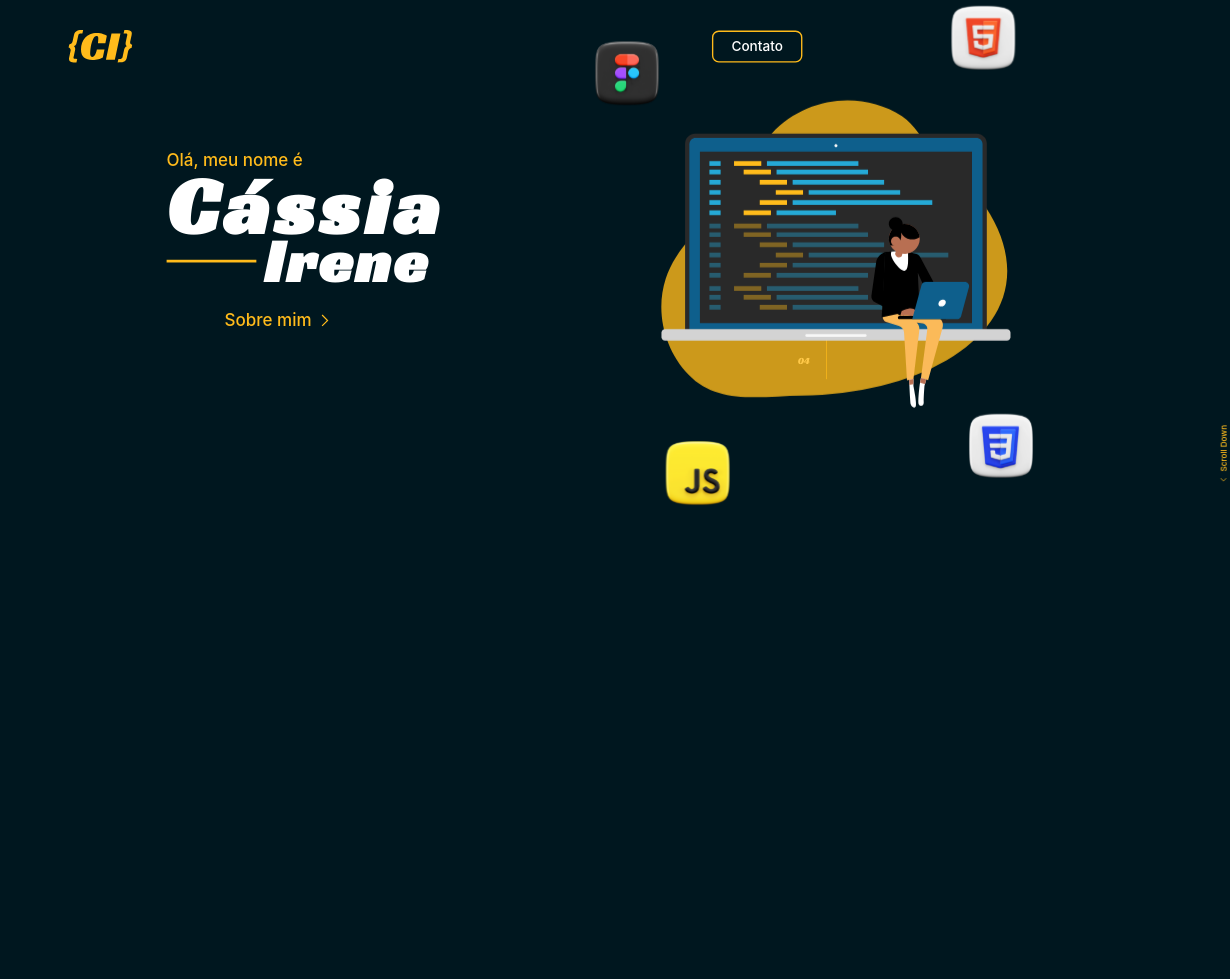
Repository: Cassia-Irene/My-Portfolio
Page: /
These files come from the project's save history. The page is drawn as it stood at one moment and after the next save; the edit follows.
The browser window is 1280 px wide. The page is 1809 px wide, so the pictures cover 1809 px, including what lies to the right of the window. The pictures show the whole page, at 68% of full size.
The project was rebuilt for these pictures with package versions that can differ from the ones it lists, and the page was loaded fresh each time. Also part of the build but not shown: vite.config.ts.

Above is the page before, as saved 2025-08-03 22:11:51.

### index.html
<!doctype html>
<html lang="en">
  <head>
    <meta charset="UTF-8" />
    <link rel="icon" type="image/svg+xml" href="./src/assets/logo.svg" />
    <meta name="viewport" content="width=device-width, initial-scale=1.0" />
    <link rel="preconnect" href="https://fonts.googleapis.com">
    <link rel="preconnect" href="https://fonts.gstatic.com" crossorigin>
    <link href="https://fonts.googleapis.com/css2?family=Racing+Sans+One&display=swap" rel="stylesheet">
    <title>Cássia Nascimento</title>
  </head>
  <body>
    <div id="root"></div>
    <script type="module" src="/src/main.tsx"></script>
  </body>
</html>

### src/index.css
* {
  padding: 0;
  margin: 0;
}

body {
  margin: 0;
  display: flex;
  place-items: center;
  min-width: 320px;
  min-height: 100vh;
}

body {
  background-color: #00171F;
}

### src/App.tsx
import React from "react";
import GlobalStyle from './GlobalStyle';
import Header from './Header';
import Hero from './Hero';
import SidebarNavigation from "./SidebarNavigation";
import SobreMim from './SobreMim';

const App: React.FC = () => {

  return (
    <>
    <SidebarNavigation />
      <GlobalStyle />
      <Header />
      <Hero />
      <SobreMim />
    </>
  );
};

export default App;

### src/GlobalStyle.ts
import { createGlobalStyle } from 'styled-components';

const GlobalStyle = createGlobalStyle`
  * {
    box-sizing: border-box;
  }

  body {
    margin: 0;
    padding: 0;
    overflow-x: hidden;
  }
  ::-webkit-scrollbar {
    width: 8px;
  }

`;

export default GlobalStyle;

### src/Header.tsx
import styled from "styled-components";

const HeaderContainer = styled.header`
    width: 100%;
    position: fixed;
    top: 30px;
    display: flex;
    justify-content: space-between;
    align-items: center;
    padding: 0 100px;
}
`;

const Logo = styled.img`
    width: 95px;
    height: 76px;

`;

const ContatoButton = styled.button`
    width: 133px;
    height: 47px;
    border: solid 2px #FFBB1B;
    border-radius: 10px;
    background-color: transparent;
    color: #FFFFFF;
    font-family: 'Inter', sans-serif;
    font-weight: 500;
    font-size: 20px;
    cursor: pointer;
    transition: all 0.3s ease-out;

    &:hover {
        background-color: #FFBB1B;
        font-weight: 500;
    }

`;

const Header = () => {
  return (
    <HeaderContainer>
        <Logo src="/src/assets/logo.svg" alt="Logo" />
      <ContatoButton>Contato</ContatoButton>
    </HeaderContainer>
  );
};

export default Header;

### src/Hero.tsx
import styled from "styled-components";

import centralImg from "./assets/svg_central.svg";
import img1 from "./assets/svg_figma.svg";
import img2 from "./assets/svg_html.svg";
import img3 from "./assets/svg_js.svg";
import img4 from "./assets/svg_css.svg";
import ArrowRight from "./assets/svg_seta_hero_sobre-mim.svg";
import ArrowDown from "./assets/svg_seta-down.svg";

const HeroSection = styled.section`
  height: 100vh;
  display: flex;
  justify-content: space-between;
  align-items: center;
  padding: 0 122px;
  position: relative;
  gap: 107px;
`;

const Left = styled.div`
  display: flex;
  flex-direction: column;
`;

const Intro = styled.p`
  font-family: "Inter", sans-serif;
  font-size: 25px;
  font-weight: 500;
  color: #FFBB1B;
  position: relative;
  left: 30%;
`;

const Name = styled.h1`
  font-size: 120px;
  font-family: "Racing Sans One", sans-serif;
  color: #FFFFFF;
  letter-spacing: 8px;
  position: relative;
  margin-top: -23px;
  left: 30%;
`;

const IreneWrapper = styled.div`
  display: flex;
  align-items: center;
  gap: 11px;
  margin-top: -51px;
  position: relative;
  left: 30%;
`;

const Rectangle = styled.div`
  width: 132.02px;
  height: 4px;
  background-color: #ffbb1b;
`;

const Irene = styled.h2`
  font-size: 90px;
  font-family: "Racing Sans One", sans-serif;
  color: #FFFFFF;
  letter-spacing: 4px;
`;

const AboutArrowIcon = styled.img`
  transition: transform 0.4s ease-in-out;
`;

const AboutButton = styled.button`
  display: flex;
  position: relative;
  left: 46%;
  align-items: center;
  background: transparent;
  padding: 10px 20px;
  cursor: pointer;
  border: none;
  font-family: "Inter", sans-serif;
  font-size: 25px;
  font-weight: 500;
  color: #ffbb1b;


  &:hover ${AboutArrowIcon} {
    transform: rotate(90deg);
  }
`;

const Right = styled.div`
  position: relative;
  width: 520px;
  height: 400px;
`;

const FloatingImg = styled.img<{ top?: string; left?: string; right?: string; bottom?: string }>`
  position: absolute;
  width: 100px;
  animation: float 4s ease-in-out infinite;
  ${({ top, left, right, bottom }) => `
    top: ${top || "auto"};
    left: ${left || "auto"};
    right: ${right || "auto"};
    bottom: ${bottom || "auto"};
  `}

  @keyframes float {
    0%, 100% {
      transform: translateY(0px);
    }
    50% {
      transform: translateY(-15px);
    }
  }
`;

const CentralImg = styled.img`
  width: 550px;
  height: 535.96px;
  position: absolute;
  top: -10%;
  left: 60%;
  transform: translate(-50%, -50%);
  animation: float 5s ease-in-out infinite;
`;

const ScrollDown = styled.button`
  position: absolute;
  bottom: 85px;
  left: 137%;
  transform: translateX(-50%);
  background: none;
  border: none;
  cursor: pointer;
  display: flex;
  align-items: center;
  gap: 2px;
  font-family: "Inter", sans-serif;
  font-size: 12px;
  font-weight: 500;
  white-space: nowrap;
  color: #ffbb1b;
  rotate: 270deg;

  img {
    width: 20px;
    height: 20px;
    rotate: 90deg;
    }

  &:hover img {
    transform: translateY(5px);
    transition: 0.3s ease;
  }
`;

const Hero = () => {
  const scrollToNext = () => {
    const nextSection = document.getElementById("next");
    if (nextSection) {
      nextSection.scrollIntoView({ behavior: "smooth" });
    }
  };

  return (
    <HeroSection id="section-00">
      {/* Lado Esquerdo */}
      <Left>
        <Intro>Olá, meu nome é</Intro>
        <Name>Cássia</Name>
        <IreneWrapper>
          <Rectangle />
          <Irene>Irene</Irene>
        </IreneWrapper>
        <AboutButton>
          Sobre mim <AboutArrowIcon src={ArrowRight} alt="Seta para a direita" />
        </AboutButton>
      </Left>

      {/* Lado Direito */}
      <Right>
        <CentralImg src={centralImg} alt="Principal" />
        <FloatingImg src={img1} top="-22%" left="45%" />
        <FloatingImg src={img2} top="-35%" right="-65%" />
        <FloatingImg src={img3} bottom="-50%" left="65%" />
        <FloatingImg src={img4} bottom="-40%" right="-70%" />
      </Right>

      {/* Scroll Down */}
      <ScrollDown onClick={scrollToNext}>
        <img src={ArrowDown} alt="Scroll Down" />
        Scroll Down
      </ScrollDown>
    </HeroSection>
  );
};

export default Hero;

### src/SidebarNavigation.tsx
import { useEffect, useRef, useState } from "react";
import styled from "styled-components";

const sections = ["00", "01", "02", "03", "04"];

const SidebarNavigation = () => {
  const [activeIndex, setActiveIndex] = useState(0);
  const [hoverIndex, setHoverIndex] = useState<number | null>(null);
  const barRef = useRef<HTMLDivElement>(null);

  useEffect(() => {
    const observer = new IntersectionObserver(
      (entries) => {
        entries.forEach((entry) => {
          if (entry.isIntersecting) {
            const index = Number(entry.target.id.split("-")[1]);
            setActiveIndex(index);
          }
        });
      },
      { threshold: 0.6 }
    );

    sections.forEach((_, index) => {
      const el = document.getElementById(`section-${index}`);
      if (el) observer.observe(el);
    });

    return () => observer.disconnect();
  }, []);

  useEffect(() => {
    const heightPerItem = 54; // mesma altura dos dots
    const targetIndex = hoverIndex !== null ? hoverIndex : activeIndex;

    if (barRef.current) {
      barRef.current.style.transform = `translateY(${targetIndex * heightPerItem}px)`;
    }
  }, [activeIndex, hoverIndex]);

  const handleClick = (index: number) => {
    const target = document.getElementById(`section-${index}`);
    if (target) {
      target.scrollIntoView({ behavior: "smooth" });
    }
  };

const SidebarContainer = styled.div`
  position: fixed;
  top: 40%;
  left: 93%;
  width: 50px;
  display: flex;
`;


const DotsWrapper = styled.div`
  display: flex;
  height: 270px;
`;

const Line = styled.div`
  width: 0.5px;
  height: 100%;
  background-color: #FFBB1B;
  z-index: 0;
  position: relative;
  left: 25px;
`;

const ActiveBar = styled.div`
  position: absolute;
  width: 2.5px;
  height: 54px;
  background-color: #ffbb1b;
  transition: transform 0.6s ease-in-out;
  z-index: 1;
  left: 23px;
`;

const Dots = styled.div`
  display: flex;
  flex-direction: column;
  gap: 0px;
  z-index: 2;
  position: relative;
  right: 40px;
`;

const Dot = styled.button<{ isActive: boolean }>`
  width: 40px;
  height: 54px;
  background: none;
  border: none;
  color: #FFFFFF;
  font-size: 14px;
  font-family: "Racing Sans One", sans-serif;
  cursor: pointer;
  display: flex;
  align-items: center;
  justify-content: flex-end;

  &:hover {
    color: #ffbb1b;
`;

  return (
    <SidebarContainer>
      <DotsWrapper>
        <Line />
        <ActiveBar ref={barRef} />
        <Dots>
          {sections.map((label, index) => (
            <Dot
              key={index}
              onClick={() => handleClick(index)}
              onMouseEnter={() => setHoverIndex(index)}
              onMouseLeave={() => setHoverIndex(null)}
              isActive={activeIndex === index}
            >
              {label}
            </Dot>
          ))}
        </Dots>
      </DotsWrapper>
    </SidebarContainer>
  );
};

export default SidebarNavigation;

### src/SobreMim.tsx
import styled from "styled-components";

const SobreMim = styled.section`
  height: 100vh;
  display: flex;
  justify-content: space-between;
  align-items: center;
  padding: 0 122px;
  position: relative;
  gap: 107px;
`;
export default SobreMim;

Loaded but not shown: src/main.tsx (common file)

After the next save:
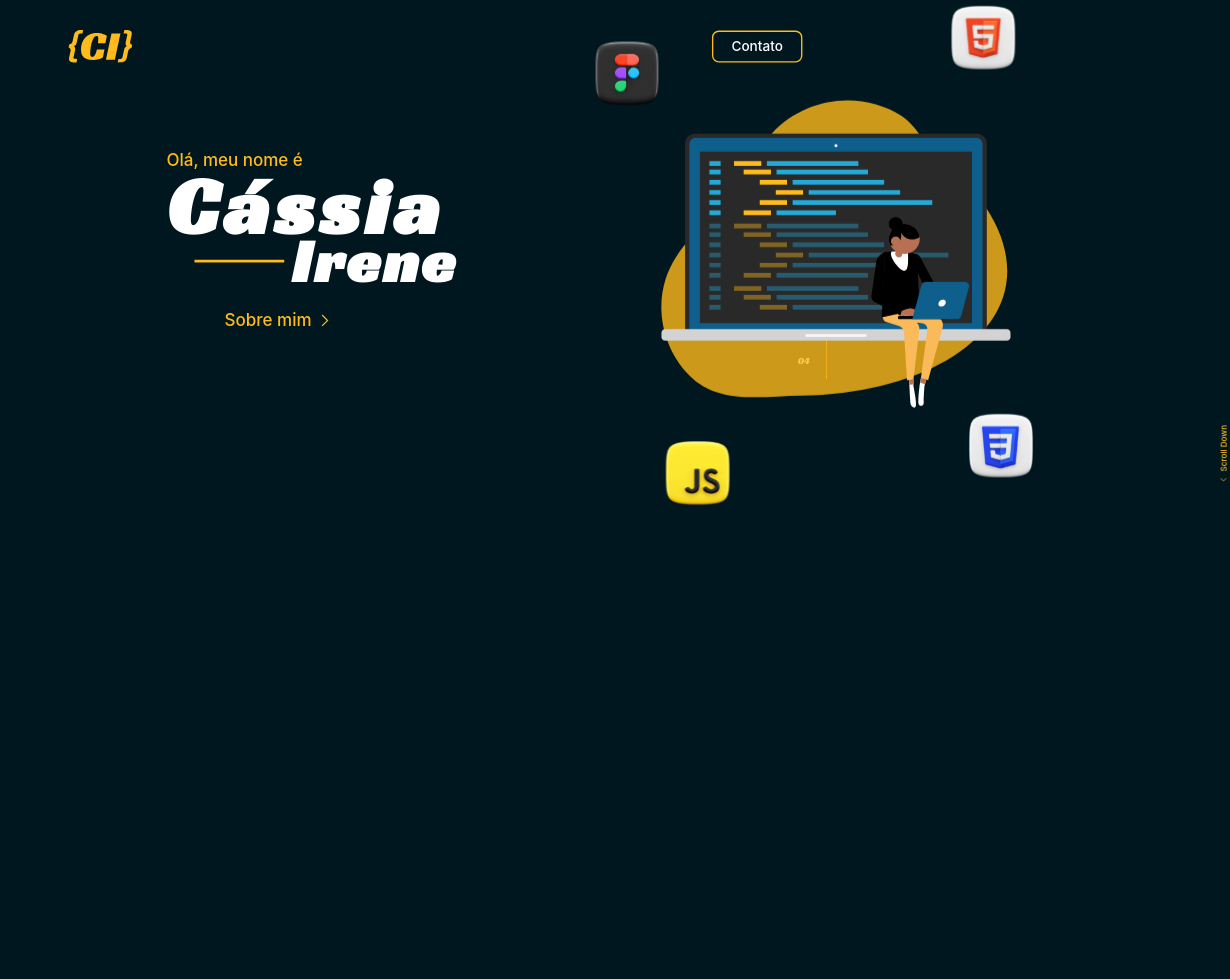
Saved 34 s later.
--- a/src/Hero.tsx
+++ b/src/Hero.tsx
@@ -48,7 +48,7 @@ const IreneWrapper = styled.div`
   gap: 11px;
   margin-top: -51px;
   position: relative;
-  left: 30%;
+  left: 40%;
 `;
 
 const Rectangle = styled.div`
